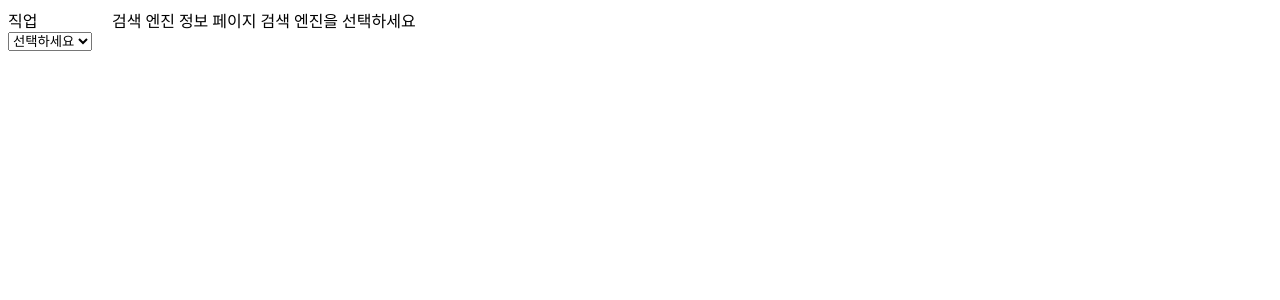
Repository: hii9505/DB_engineering_education
Page: http://localhost/Web_Study_04/transfer.jsp
An editor plug-in stored every save of this project. The page is shown before and after the next save, followed by the edit.
The browser window is 1280 px wide. The pictures show the whole page.
The page is served by Tomcat 9.

Above is the page before, as saved 2021-05-21 08:47:10.

### eclipse-workspace/Web_Study_04/src/main/webapp/transfer.jsp
<%@ page language="java" contentType="text/html; charset=UTF-8"
    pageEncoding="UTF-8"%>
<!DOCTYPE html>
<html>
<head>
<meta charset="UTF-8">
<title>Insert title here</title>
</head>
<body>
검색 엔진 정보 페이지

검색 엔진을 선택하세요
		<span style="float: left; margin-right: 20px"> <label for="job">직업</label>
		<form action="site_move.jsp" value = 전송>
			<select name="jump" onchange="location.href=this.value">
				<option value="">선택하세요</option>
				<option value="http://www.naver.com">네이버</option>
				<option value="http://daum.net">다음</option>
				<option value="http://www.google.com">구글</option>
				<option value="http://kakaoocorp.com">카카오</option>
			</select>
		</form>

</body>
</html>

After the next save:
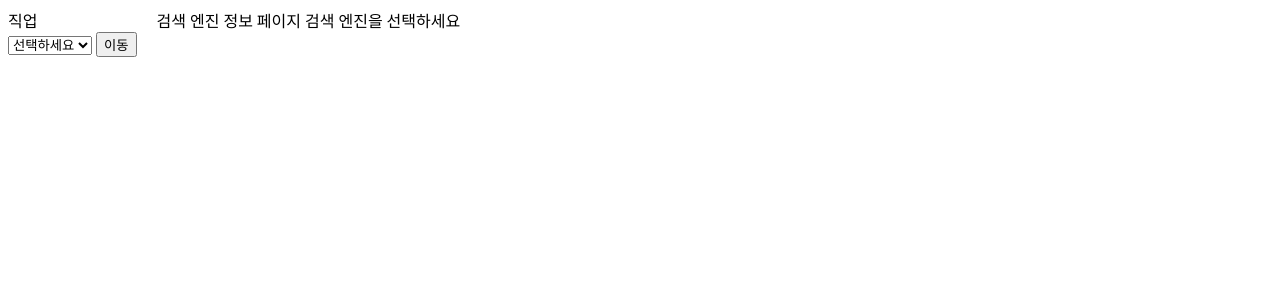
Saved 3 min 48 s later.
--- a/eclipse-workspace/Web_Study_04/src/main/webapp/transfer.jsp
+++ b/eclipse-workspace/Web_Study_04/src/main/webapp/transfer.jsp
@@ -11,7 +11,7 @@
 
 검색 엔진을 선택하세요
 		<span style="float: left; margin-right: 20px"> <label for="job">직업</label>
-		<form action="site_move.jsp" value = 전송>
+		<form action="site_move.jsp" >
 			<select name="jump" onchange="location.href=this.value">
 				<option value="">선택하세요</option>
 				<option value="http://www.naver.com">네이버</option>
@@ -19,6 +19,7 @@
 				<option value="http://www.google.com">구글</option>
 				<option value="http://kakaoocorp.com">카카오</option>
 			</select>
+			<input type="submit" value="이동">
 		</form>
 
 </body>
